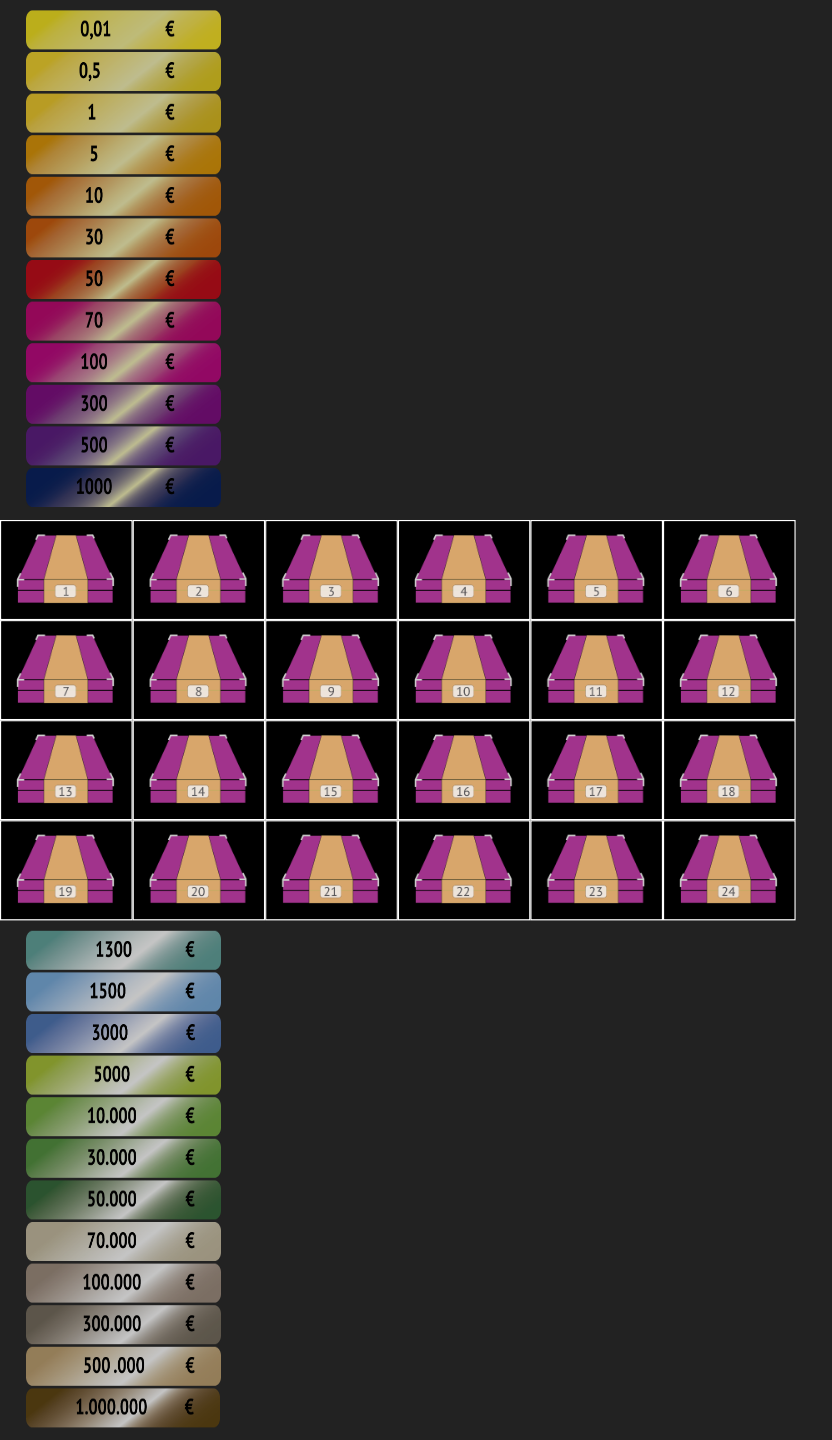
Repository: elnacp/Deal_or_no_deal
Page: DealOrNoDeal/index.html
These files come from the project's save history. The page is drawn as it stood at one moment and after the next save; the edit follows.
The browser window is 1280 px wide. The pictures show the whole page, at 65% of full size.
Some web libraries are served in a nearby version.

Above is the page before, as saved 2017-11-26 00:13:05.

### DealOrNoDeal/index.html
<!DOCTYPE html>
<html>
<head>
    <meta charset="utf-8" />
    <meta name="viewport" content="width=device-width, initial-scale=1.0, maximum-scale=1.0">
    <meta name="description" content="Tizen TV basic template generated by Samsung TV Web IDE"/>

    <title>Tizen TV Web IDE - Tizen TV - Tizen TV basic Application</title>

	<!-- jQuery library -->
	<script src="https://ajax.googleapis.com/ajax/libs/jquery/3.1.1/jquery.min.js"></script>

    <link rel="stylesheet" type="text/css" href="css/style.css"/>
    <script src="js/main.js"></script>
</head>

<body>
	<div id="container">
		<div id = "left">
			<ul>
				<input type="image"  id ="prizes" src="./img/prizes/0,01.png"   />
				<input type="image"  id ="prizes" src="./img/prizes/0,5.png"   />
				<input type="image"  id ="prizes" src="./img/prizes/1.png"  	/>
				<input type="image"  id ="prizes" src="./img/prizes/5.png"  	/>
				<input type="image"  id ="prizes" src="./img/prizes/10.png"     />
				<input type="image"  id ="prizes" src="./img/prizes/30.png"     />
				<input type="image"  id ="prizes" src="./img/prizes/50.png"     />
				<input type="image"  id ="prizes" src="./img/prizes/70.png"     />
				<input type="image"  id ="prizes" src="./img/prizes/100.png"    />
				<input type="image"  id ="prizes" src="./img/prizes/300.png"    />
				<input type="image"  id ="prizes" src="./img/prizes/500.png"    />
				<input type="image"  id ="prizes" src="./img/prizes/1000.png"    />
			</ul>
		</div>
		<div id="central">
			<div id="chests">
				<input type="image"  id ="image" src="./img/chests/1.png"  />
				<input type="image"  id ="image" src="./img/chests/2.png"  />
				<input type="image"  id ="image" src="./img/chests/3.png"  />
				<input type="image"  id ="image" src="./img/chests/4.png"  />
				<input type="image"  id ="image" src="./img/chests/5.png"  />
				<input type="image"  id ="image" src="./img/chests/6.png"  />
			</div>
			<div id="chests">
				<input type="image"  id ="image" src="./img/chests/7.png"   />
				<input type="image"  id ="image" src="./img/chests/8.png"   />
				<input type="image"  id ="image" src="./img/chests/9.png"   />
				<input type="image"  id ="image" src="./img/chests/10.png"  />
				<input type="image"  id ="image" src="./img/chests/11.png"  />
				<input type="image"  id ="image" src="./img/chests/12.png"  />
			</div>
			<div id="chests">
				<input type="image"  id ="image" src="./img/chests/13.png"  />
				<input type="image"  id ="image" src="./img/chests/14.png"  />
				<input type="image"  id ="image" src="./img/chests/15.png"  />
				<input type="image"  id ="image" src="./img/chests/16.png"  />
				<input type="image"  id ="image" src="./img/chests/17.png"  />
				<input type="image"  id ="image" src="./img/chests/18.png"  />
			</div>
			<div id="chests">
				<input type="image"  id ="image" src="./img/chests/19.png"  />
				<input type="image"  id ="image" src="./img/chests/20.png"  />
				<input type="image"  id ="image" src="./img/chests/21.png"  />
				<input type="image"  id ="image" src="./img/chests/22.png"  />
				<input type="image"  id ="image" src="./img/chests/23.png"  />
				<input type="image"  id ="image" src="./img/chests/24.png"  />
			</div>
		</div>
		<div id = "right">
			<ul>
				<input type="image"  id ="prizes" src="./img/prizes/1300.png"   />
				<input type="image"  id ="prizes" src="./img/prizes/1500.png"   />
				<input type="image"  id ="prizes" src="./img/prizes/3000.png"  	/>
				<input type="image"  id ="prizes" src="./img/prizes/5000.png"  	/>
				<input type="image"  id ="prizes" src="./img/prizes/10.000.png"     />
				<input type="image"  id ="prizes" src="./img/prizes/30.000.png"     />
				<input type="image"  id ="prizes" src="./img/prizes/50.000.png"     />
				<input type="image"  id ="prizes" src="./img/prizes/70.000.png"     />
				<input type="image"  id ="prizes" src="./img/prizes/100.000.png"    />
				<input type="image"  id ="prizes" src="./img/prizes/300.000.png"    />
				<input type="image"  id ="prizes" src="./img/prizes/500.000.png"    />
				<input type="image"  id ="prizes" src="./img/prizes/1.000.000.png"    />
			</ul>


		</div>
	</div>

</body>

</html>

### DealOrNoDeal/css/style.css
* {
    font-family: Verdana, Lucida Sans, Arial, Helvetica, sans-serif;
}

body {
    margin: 0px auto;
    background-color:#222;
}

/*.contents {
	display: flex;
	display: -webkit-flex;
	box-sizing: border-box;
	-webkit-box-sizing: border-box;
	height:320px;
}


.content_text {
	font-weight:bold;
	font-size:5em;
	color:#fff;
}*/


#left{
	float:left;
	width:300px;

}

#center{
	float:left;
	width: 100%;
}

#right{
	float:left;
	width: 300px;;
}



#prizes{
	width: 300px;
	height:60px;
}

#image{
	width:200px;
	height:150px;
	float:left;
	border: 2px solid white;
}

#chests{
	float:left;
}

### DealOrNoDeal/js/main.js

window.onload = function () {
    // TODO:: Do your initialization job

    // add eventListener for tizenhwkey
    document.addEventListener('tizenhwkey', function(e) {
        if(e.keyName == "back")
	try {
	    tizen.application.getCurrentApplication().exit();
	} catch (ignore) {
	}
    });



    // Sample code
    /*var textbox = document.querySelector('.contents');
    textbox.addEventListener("click", function(){
    	box = document.querySelector('#textbox');
    	box.innerHTML = box.innerHTML == "Basic" ? "Funciona" : "Basic";
    }); */


};

After the next save:
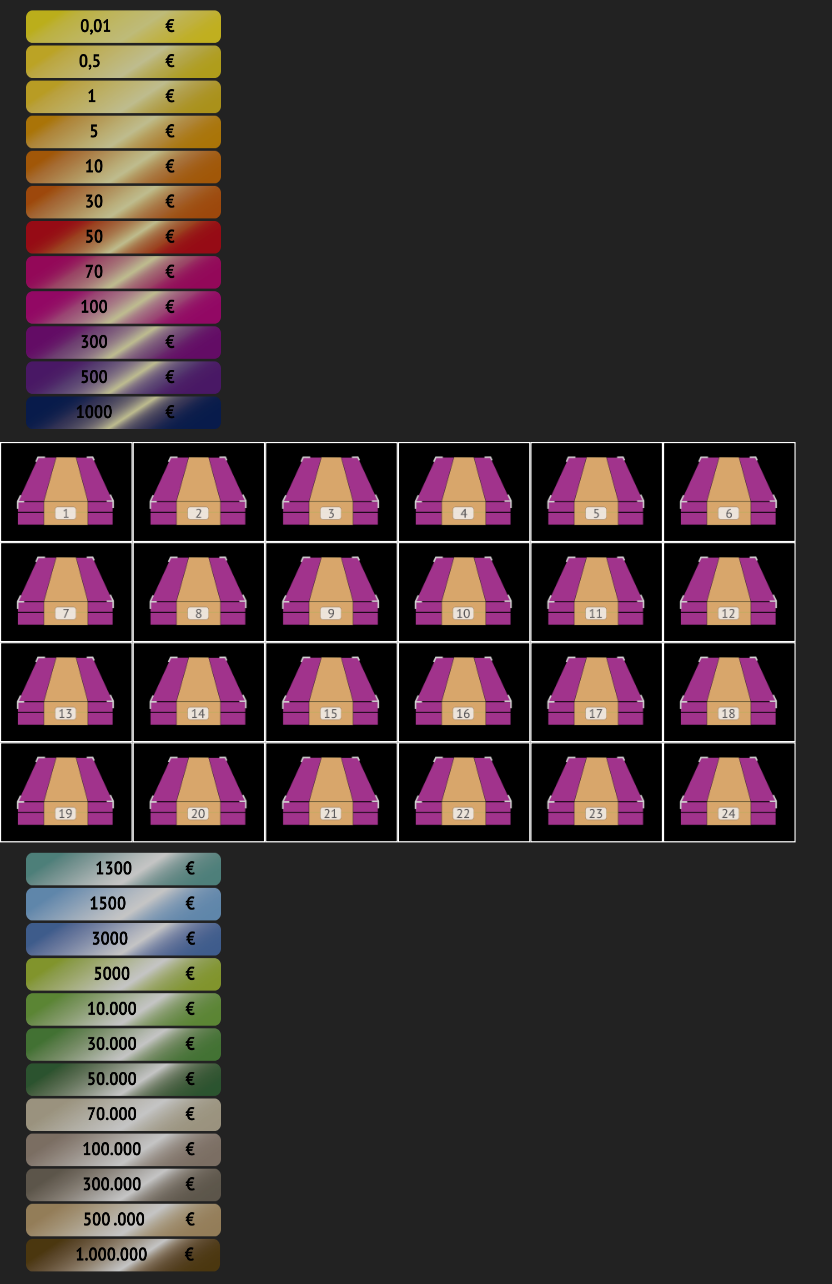
Saved 10 s later.
--- a/DealOrNoDeal/css/style.css
+++ b/DealOrNoDeal/css/style.css
@@ -43,7 +43,7 @@ body {
 
 #prizes{
 	width: 300px;
-	height:60px;
+	height:50px;
 }
 
 #image{
